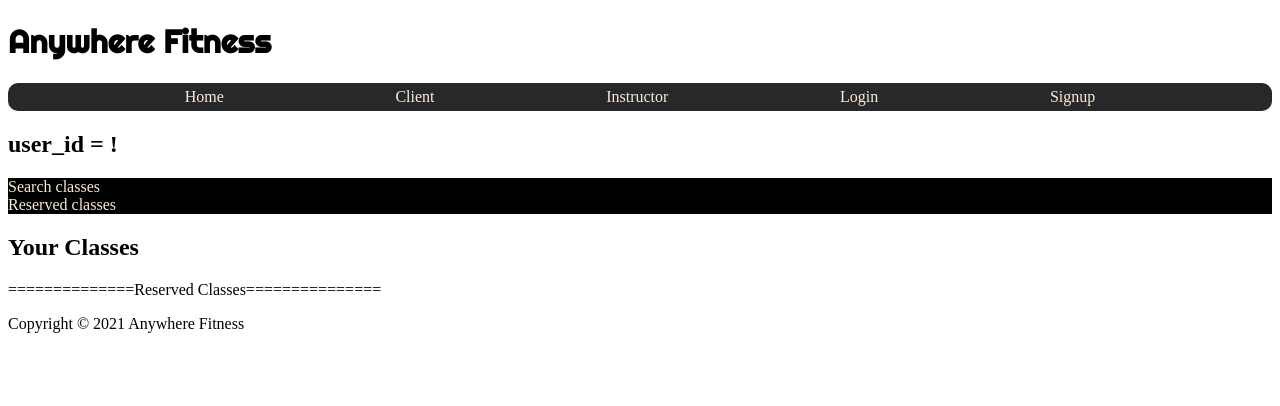
Repository: 10-21-BW-AnywhereFitness/frontend
Page: /client (app in anywherefitness-fe/)
An editor plug-in stored every save of this project. The page is shown before and after the next save, followed by the edit.
The browser window is 1280 px wide. The pictures show the whole page.
The page's requests for data from a server got no answer. Some web fonts or font styles are not loaded; a fallback is used. The project was rebuilt for these pictures with package versions that can differ from the ones it lists, and the page was loaded fresh each time. No one was signed in, and anything a server would have sent is missing. Also part of the build but not shown: anywherefitness-fe/src/components/pages/home.js, anywherefitness-fe/src/components/landing/EditMenu.css, anywherefitness-fe/src/components/landing/EditMenu.js, anywherefitness-fe/src/components/landing/ClassDetails.js, anywherefitness-fe/src/components/landing/Popup.css, anywherefitness-fe/src/components/landing/Popup.js, anywherefitness-fe/src/components/landing/ClassForm.js, anywherefitness-fe/src/components/landing/InstructorLanding.js and 5 more.

Above is the page before, as saved 2021-10-22 09:49:23.

After the next save:
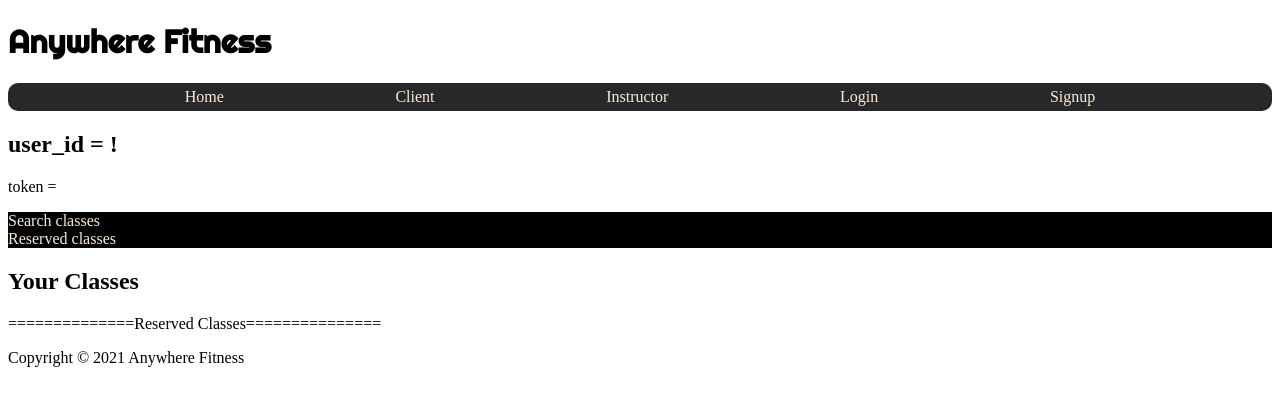
Saved 12 s later.
--- a/anywherefitness-fe/src/components/landing/ClientLanding.js
+++ b/anywherefitness-fe/src/components/landing/ClientLanding.js
@@ -41,7 +41,7 @@ const ClientLanding = (props) => {
     <div className="client-landing">
       <h2>{con.getWelcomeMessage()}</h2>
       <h2>user_id = {con.getUserID()}!</h2>
-
+      <p>token = {con.getToken()}</p>
       <DIV_LINK>
         <Link to="/client/search">Search classes</Link>
       </DIV_LINK>
